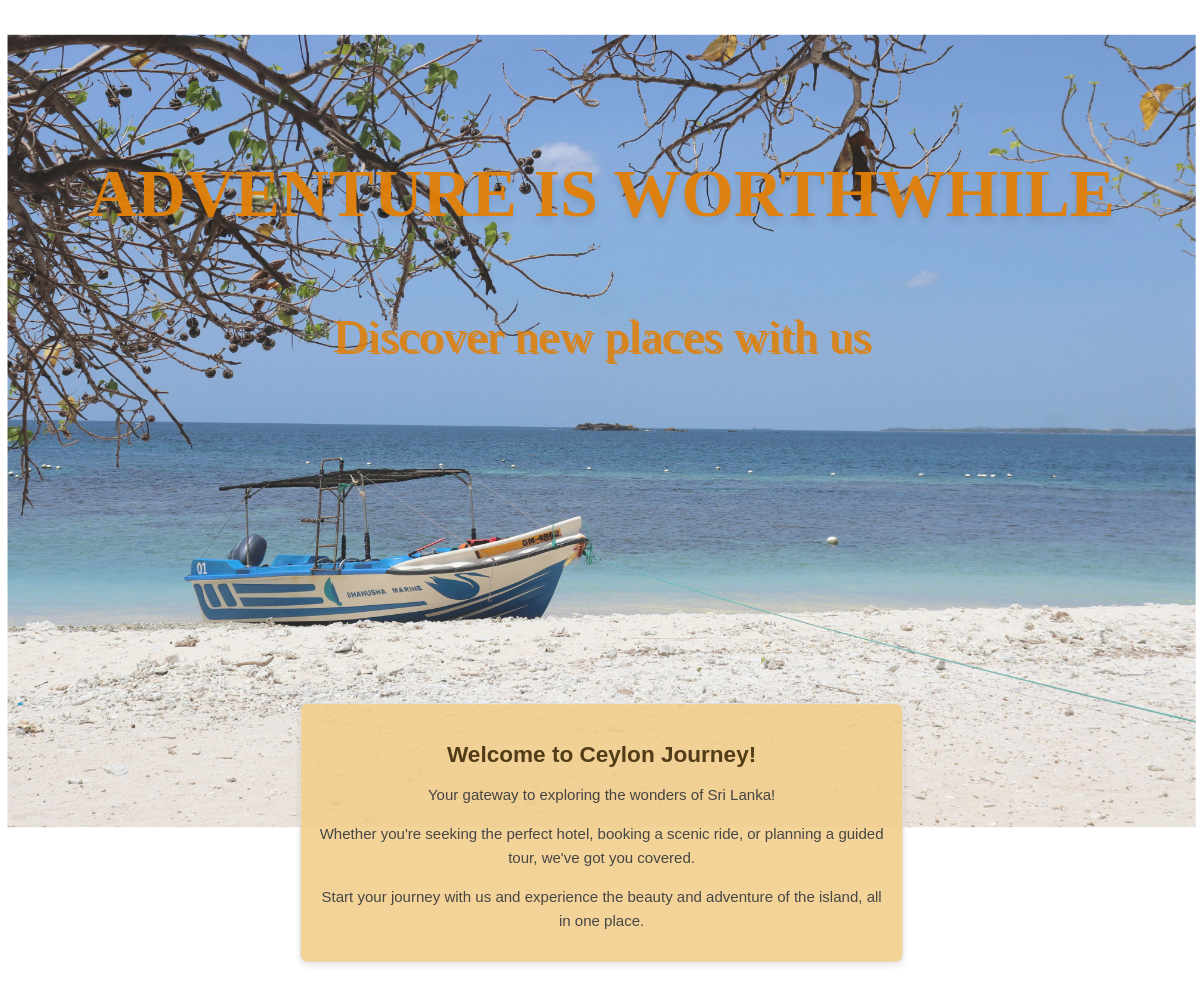
Repository: KasunInd27/Ceylon-Journey
Page: Home/home.html
The author's editor kept a copy of each file at every save. The page is drawn from the files as they stood at one save, then again after the next save.
The browser window is 1280 px wide. The pictures show the whole page, at 94% of full size.

Above is the page before, as saved 2024-10-05 14:50:27.
Console error: SyntaxError: Unexpected token '<'

### Home/home.html
<!DOCTYPE html>
<html lang="en">
<head>
    <meta charset="UTF-8">
    <meta name="viewport" content="width=device-width, initial-scale=1.0">
    <!-- Font Awesome CDN link for using icons -->
    <link rel="stylesheet" href="https://cdnjs.cloudflare.com/ajax/libs/font-awesome/5.15.3/css/all.min.css">
    <link href="https://fonts.googleapis.com/css2?family=Roboto:wght@400;700&display=swap" rel="stylesheet">

    <link rel="stylesheet" href="CSS/home.css">
    <script src="JS/home.js"></script>
    <style>
        .mySlides {display:none;}
    </style>
    <title>Home Page</title>
</head>
<body>
    <section class="home" id="home">
        <div class="content">
            <h3>adventure is worthwhile</h3>
            <p>Discover new places with us</p>
        </div>

        <div class="slide">
            <img class="homeSlides" src="../image/train.jpg" style="width:100%">
            <img class="homeSlides" src="../image/boat.jpg" style="width:100%">
            <img class="homeSlides" src="../image/fish.jpg" style="width:100%">
        </div>
    </section>

    <section class="welcome">
        <h2>Welcome to Ceylon Journey!</h2>
        <p>Your gateway to exploring the wonders of Sri Lanka!</p>
        <p>Whether you're seeking the perfect hotel, booking a scenic ride, or planning a guided tour, we've got you covered.</p>
        <p>Start your journey with us and experience the beauty and adventure of the island, all in one place.</p>
    </section>

    <script>
        var myIndex = 0;
        carousel();

        function carousel() {
          var i;
          var x = document.getElementsByClassName("homeSlides");
          for (i = 0; i < x.length; i++) {
            x[i].style.display = "none";
          }
          myIndex++;
          if (myIndex > x.length) {myIndex = 1}
          x[myIndex-1].style.display = "block";
          setTimeout(carousel, 4000); // Change image every 2 seconds
        }
        </script>




</body>
</html>

### Home/CSS/home.css
.home.controls {
    padding: 1rem;
    border-radius: 5rem;
    background: rgba(169, 1, 1, 0.7);
    position: relative;
    top: 10rem;

}

.home .controls .img-btn {

    height: 2rem;
    width: 2rem;
    display: inline-block;
    border-radius: 50%;
    background: #fff;
    cursor: pointer;
    margin: 0 .5rem;

}
.home .controls .img-btn.active {
    background: var(--orange);
}

.content
{
    margin-top: -200px;
    text-shadow: 3px 3px 0px;
}

#home {
    min-height: 100vh;
    /* Ensures it takes up the full viewport height */
    display: flex;
    /* Enables flexbox layout */
    align-items: center;
    /* Vertically centers content */
    justify-content: center;
    /* Horizontally centers content */
    flex-flow: column;
    /* Aligns children in a column layout */
    position: relative;
    /* Allows child elements to use absolute positioning */
    z-index: 0;
    /* Ensures this section has the correct stacking order */
}
.home .content {
    text-align: center;
    /* Centers the text within the .content container */
}
/* Styles for h3 elements inside the .content class within the .home section */

.home .content h3 {
    font-size: 4.5rem;
    /* Sets a large font size for the heading */
    color: #e17f08f4;
    /* White text color */
    text-transform: uppercase;
    /* Makes the text uppercase */
    text-shadow: 0 .3rem .5rem rgba(0, 0, 0, .1);
    /* Adds a soft shadow to the text */
}

.home .content p {
    font-size: 2.5rem;
    /* Sets the font size for paragraphs inside the .content class in the .home section */
    color: #e17f08f4;
    /* Sets the text color to white */
    padding: 0.5rem 0;
    /* Adds vertical padding (top and bottom) of 0.5rem */
    opacity: 0.90;
    z-index: -1;
    font-size: 50px;
}


.slide
{
    margin-top: -590px;
    background-size:contain;
    background-position:center;
    background-repeat: no-repeat;
    position:absolute;
    width: 100%;
    height: 10%;
    opacity: 0.90;
    z-index: -1;
}

.welcome {
    background-color: #f3cf8e; /* Light background */
    border: 1px solid #dee2e6; /* Border around the section */
    border-radius: 8px; /* Rounded corners */
    padding: 20px; /* Padding inside the section */
    margin: 20px auto; /* Center the section */
    max-width: 600px; /* Maximum width */
    text-align: center; /* Center text */
    box-shadow: 0 4px 8px rgba(0, 0, 0, 0.1); /* Subtle shadow for depth */
    font-family: 'Playwrite Deutschland Grundschrift', sans-serif; /* Apply the Roboto font */
    z-index: -1;
    opacity: 0.90;
}

.welcome h2 {
    color: #412b03; /* Primary color for heading */
    margin-bottom: 15px; /* Space below the heading */
    z-index: -5;
}

.welcome p {
    color: #333; /* Dark gray for text */
    line-height: 1.6; /* Improved line spacing */
    margin-bottom: 10px; /* Space below paragraphs */
    z-index: -5;
}

### Home/JS/home.js
<!DOCTYPE html>
<html lang="en">
<head>
    <meta charset="UTF-8">
    <meta name="viewport" content="width=device-width, initial-scale=1.0">
    <!-- Font Awesome CDN link for using icons -->
    <link rel="stylesheet" href="https://cdnjs.cloudflare.com/ajax/libs/font-awesome/5.15.3/css/all.min.css">
    <link href="https://fonts.googleapis.com/css2?family=Roboto:wght@400;700&display=swap" rel="stylesheet">

    <link rel="stylesheet" href="CSS/home.css">
    <script src="JS/home.js"></script>
    <style>.imgSlide {display:none;}</style>
    <title>Home Page</title>
</head>
<body>
    <section class="home" id="home">
        <div class="content">
            <h3>adventure is worthwhile</h3>
            <p>discover new places with us,adventure awaits</p>
            <a href="#" class="btn">discover more</a>
        </div>

        <div class="image-slide" style="max-width:500px">
            <img class="imgSlide" src="../image/train.jpg" style="width:100%">
            <img class="imgSlide" src="../image/elephants.jpg" style="width:100%">
            <img class="imgSlide" src="../image/boats.jpg" style="width:100%">
            <img class="imgSlide" src="../image/fish.jpg" style="width:100%">
            <img class="imgSlide" src="../image/arc.jpg" style="width:100%">

        </div>


    </section>
</body>
</html>

After the next save:
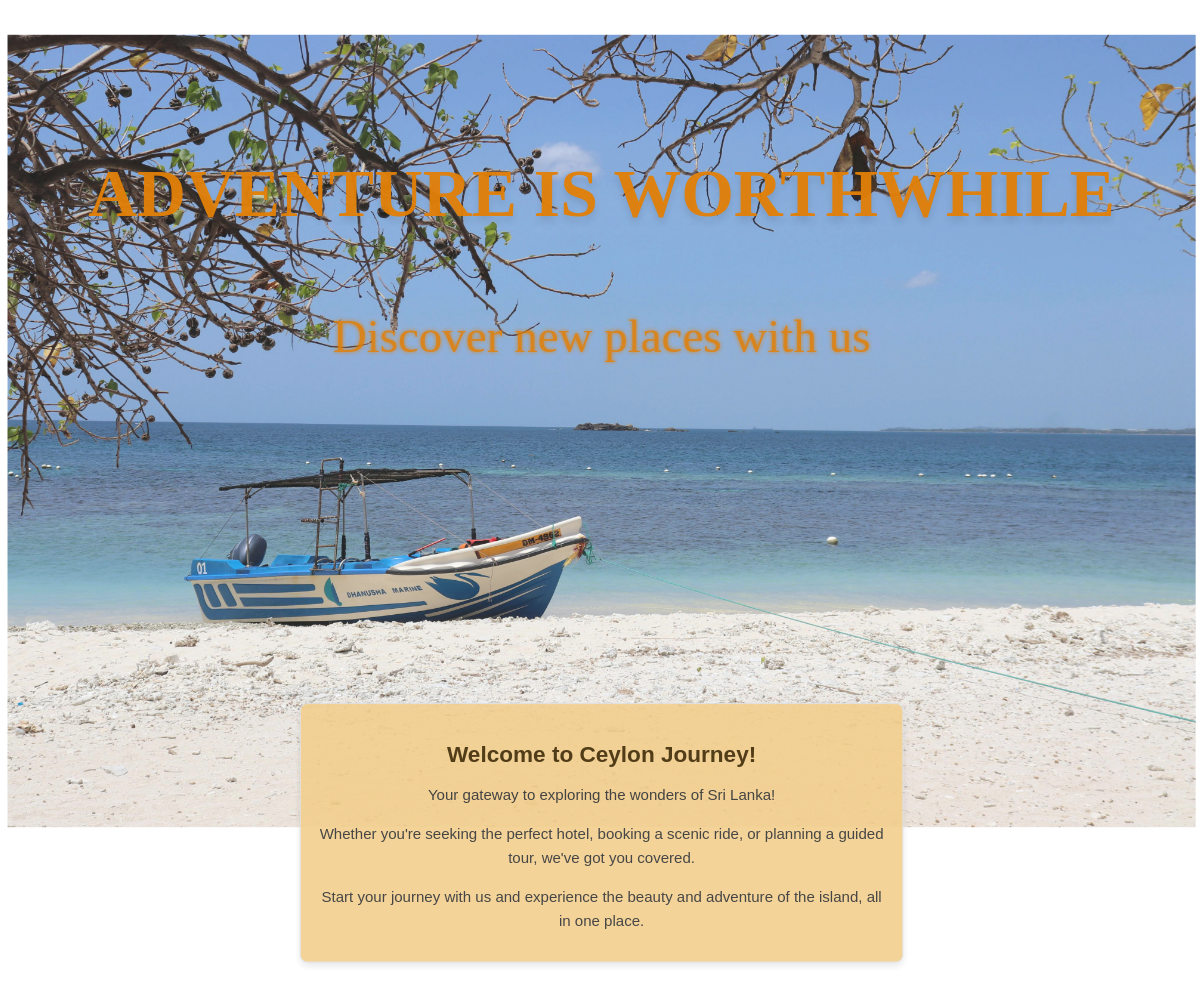
Saved 20 s later.
--- a/Home/CSS/home.css
+++ b/Home/CSS/home.css
@@ -25,7 +25,7 @@
 .content
 {
     margin-top: -200px;
-    text-shadow: 3px 3px 0px;
+    text-shadow: 0px 0px 5px;
 }
 
 #home {
